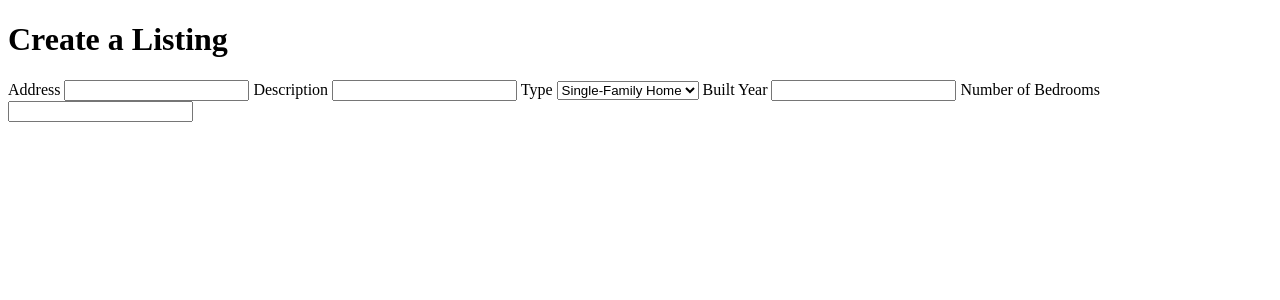
Repository: rickytorrez/test
Page: http://localhost/dcHome/WEB-INF/realtor.jsp
An editor plug-in stored every save of this project. The page is shown before and after the next save, followed by the edit.
The browser window is 1280 px wide. The pictures show the whole page.
The page is served by Tomcat 9. Nobody is signed in. Other server files are loaded and not shown. The template is opened directly, without the code that normally fills it, so the values that code supplies are empty.

Above is the page before, as saved 2018-05-31 14:42:11.

### dcHome/src/main/webapp/WEB-INF/realtor.jsp
<%@ page language="java" contentType="text/html; charset=UTF-8"
    pageEncoding="UTF-8"%>
<%@ taglib uri="http://java.sun.com/jsp/jstl/core" prefix="c" %>
<%@taglib prefix="fmt" uri="http://java.sun.com/jsp/jstl/fmt"%>
<%@taglib prefix="form" uri="http://www.springframework.org/tags/form"%>
<%@ taglib prefix="spring" uri="http://www.springframework.org/tags" %>
<!DOCTYPE html PUBLIC "-//W3C//DTD HTML 4.01 Transitional//EN" "http://www.w3.org/TR/html4/loose.dtd">
<html>
	<head>
		<meta http-equiv="Content-Type" content="text/html; charset=UTF-8">
		<title>Realtor</title>
	</head>
	<body>
		<h1>Create a Listing</h1>
		<form:errors path="listing.errors.*"></form:errors>

		<form:form method="POST" action="/listings/createListing" modelAttribute="listing">
			<form:label path="address">Address
				<form:input path="address"></form:input>
			</form:label>
			<form:label path="description">Description
				<form:input path="description"></form:input>
			</form:label>
			<form:label path="type">Type
				<form:select path="type">
					<form:option value="single-family-home">Single-Family Home</form:option>
					<form:option value="townhome">Town House</form:option>
					<form:option value="apartment">Apartment</form:option>
				</form:select>
			</form:label>
			<form:label path="yearbuilt">Built Year
				<form:input type="number" path="yearbuilt"></form:input>
			</form:label>
			<form:label path="numberofrooms">Number of Bedrooms
				<form:input type="number" path="numberofrooms"></form:input>
			</form:label>
		</form:form>
	</body>
</html>

After the next save:
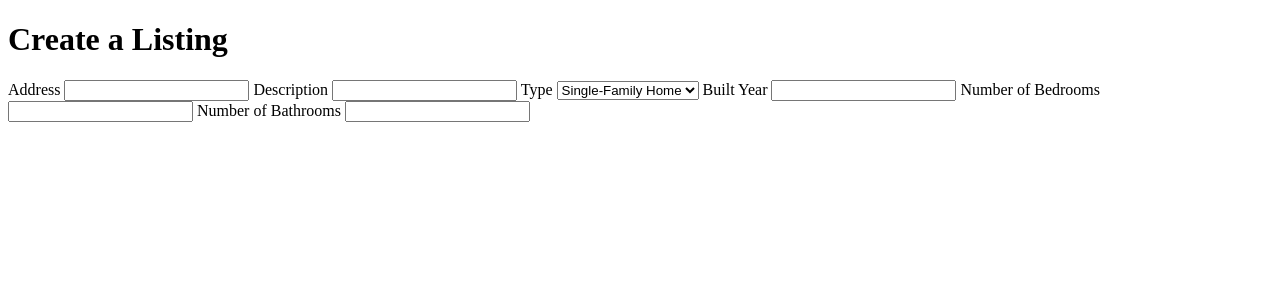
Saved 111 s later.
--- a/dcHome/src/main/webapp/WEB-INF/realtor.jsp
+++ b/dcHome/src/main/webapp/WEB-INF/realtor.jsp
@@ -34,6 +34,9 @@
 			<form:label path="numberofrooms">Number of Bedrooms
 				<form:input type="number" path="numberofrooms"></form:input>
 			</form:label>
+			<form:label path="numberofbathrooms">Number of Bathrooms
+				<form:input type="number" path="numberofbathrooms"></form:input>
+			</form:label>
 		</form:form>
 	</body>
 </html>
